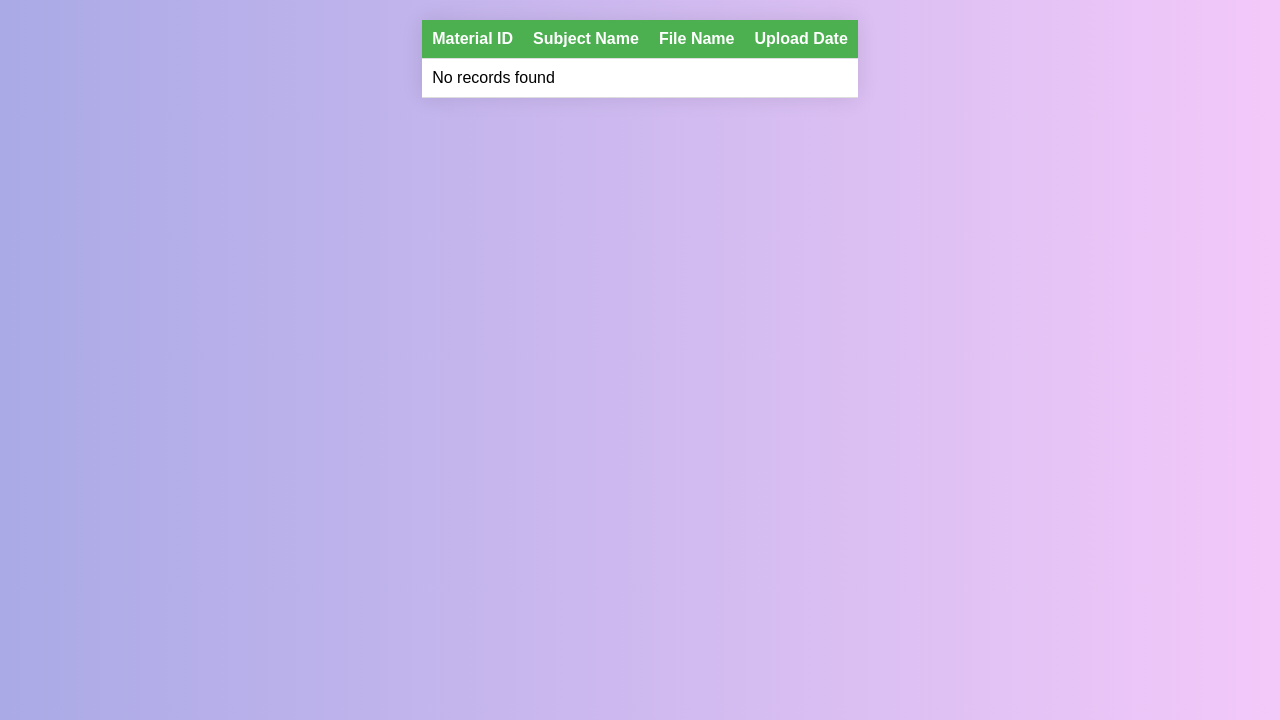
Repository: Acharya-Keerthana/Education
Page: http://localhost/education/third_sem/USP.php
The author's editor kept a copy of each file at every save. The page is drawn from the files as they stood at one save, then again after the next save.
The browser window is 1280 px wide. The pictures show the whole page.
The page is run by PHP 8.4 with error messages shown; the project is at /var/www/html/. Queries for data that is not in the repository find no rows.

Above is the page before, as saved 2024-04-16 20:55:22.

### third_sem/USP.php
<!DOCTYPE html>
<html>
<head>
    <link rel="stylesheet" type="text/css" href="styles.css">
</head>
<body>
    <div class="table-container">
        <table>
            <tr><th>Material ID</th><th>Subject Name</th><th>File Name</th><th>Upload Date</th></tr>
            <?php
            require 'database.php';

            $sql = "SELECT sm.material_id, sm.file_name, sm.file_path, sm.upload_date, s.subject_name
                    FROM study_materials sm
                    JOIN subjects s ON sm.subject_id = s.subject_id WHERE s.subject_id= 5";

            $result = $conn->query($sql);

            if ($result->num_rows > 0) {
                // Fetch each row and populate the table
                while ($row = $result->fetch_assoc()) {
                    echo "<tr><td>" . $row["material_id"] . "</td><td>" . $row["subject_name"] . "</td><td>" . $row["file_name"] . "</td><td>" . $row["upload_date"] . "</td></tr>";
                }
            } else {
                echo "<tr><td colspan='5'>No records found</td></tr>";
            }
            ?>
        </table>
    </div>
</body>
</html>

### third_sem/database.php
<?php
error_reporting(0);
$servername="localhost";
$username="root";
$password="";
$database="education";

$conn=mysqli_connect($servername,$username,$password,$database);
if(!$conn){
die ("connection error".mysqli_connect_error());
}

### third_sem/styles.css

body {
    font-family: Arial, sans-serif;
    margin: 0;
    padding: 0;
    animation: changeBackgroundColor 20s infinite linear; /* Change background color every 20 seconds */
}

@keyframes changeBackgroundColor {
    0% {
        background-color: rgb(170, 170, 230);
    }
    50% {
        background: linear-gradient(to right, rgb(170, 170, 230), rgb(243, 201, 249)); /* Gradient transition */
    }
    100% {
        background-color: rgb(243, 201, 249);
    }
}

h2 {
    text-align: center;
    margin-top: 20px;
    color: #333;
    animation: changeHeadingColor 8s infinite alternate; /* Change heading color every 8 seconds */
}

@keyframes changeHeadingColor {
    0% {
        color: #333;
    }
    50% {
        color: #ff5733; /* Change to a different color */
    }
    100% {
        color: #333;
    }
}

table {
    width: fit-content;
    margin: 20px auto;
    border-collapse: collapse;
    background-color: #fff;
    box-shadow: 0 0 20px rgba(0, 0, 0, 0.1);
}

th, td {
    padding: 10px;
    text-align: left;
    border-bottom: 1px solid #ddd;
}

th {
    background-color: #4CAF50; /* Bright green for better visibility */
    color: white; /* White text color for contrast */
}

tr:hover {
    background-color: #f5f5f5;
}
/**/

After the next save:
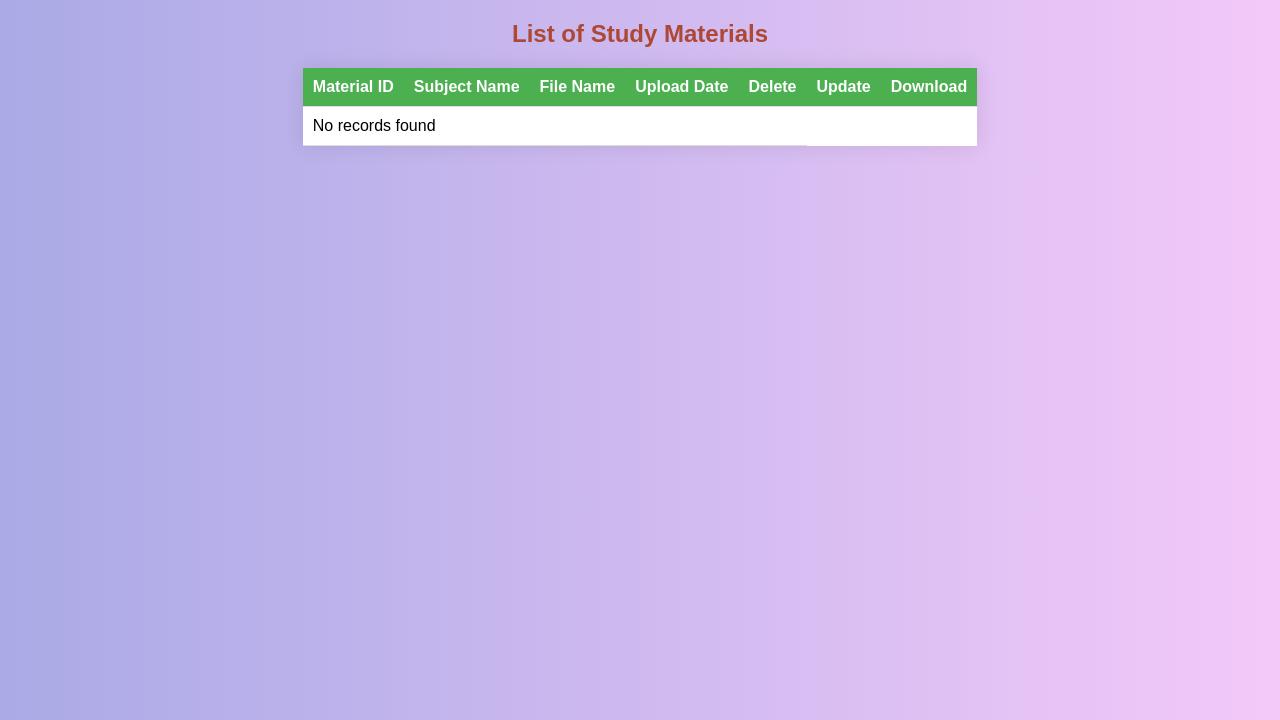
Saved 15 s later.
--- a/third_sem/USP.php
+++ b/third_sem/USP.php
@@ -5,21 +5,40 @@
 </head>
 <body>
     <div class="table-container">
+        <h2>List of Study Materials</h2>
         <table>
-            <tr><th>Material ID</th><th>Subject Name</th><th>File Name</th><th>Upload Date</th></tr>
+            <tr>
+                <th>Material ID</th>
+                <th>Subject Name</th>
+                <th>File Name</th>
+                <th>Upload Date</th>
+                <th>Delete</th>
+                <th>Update</th>
+                <th>Download</th>
+            </tr>
             <?php
             require 'database.php';
 
-            $sql = "SELECT sm.material_id, sm.file_name, sm.file_path, sm.upload_date, s.subject_name
+            $sql = "SELECT sm.material_id, sm.file_name,sm.file_path,sm.upload_date, s.subject_name
                     FROM study_materials sm
-                    JOIN subjects s ON sm.subject_id = s.subject_id WHERE s.subject_id= 5";
+                    JOIN subjects s ON sm.subject_id = s.subject_id WHERE s.subject_id=5";
 
             $result = $conn->query($sql);
 
             if ($result->num_rows > 0) {
                 // Fetch each row and populate the table
                 while ($row = $result->fetch_assoc()) {
-                    echo "<tr><td>" . $row["material_id"] . "</td><td>" . $row["subject_name"] . "</td><td>" . $row["file_name"] . "</td><td>" . $row["upload_date"] . "</td></tr>";
+                    echo "<tr>";
+                    echo "<td>" . $row["material_id"] . "</td>";
+                    echo "<td>" . $row["subject_name"] . "</td>";
+                    echo "<td>" . $row["file_name"] . "</td>";
+                    echo "<td>" . $row["upload_date"] . "</td>";
+                    echo "<td>" . $row["Update"] . "</td>";
+                    echo "<td>" . $row["Download"] . "</td>";
+                    echo "<td><a href='http://localhost/education/delete.php?material_id=" . $row['material_id'] . "' onclick=\"return confirm('Are you sure you want to delete this study material?');\">Delete</a></td>";
+                    echo "<td><a href='http://localhost/education/updateup.php?material_id=" . $row['material_id'] . "' onclick=\"return confirm('Are you sure you want to update this study material?');\">Update</a></td>";
+                    echo "<td><a href='http://localhost/education/download.php?material_id=" . $row['material_id'] . "' onclick=\"return confirm('Are you sure you want to Download this study material?');\">Download</a></td>";
+                    echo "</tr>";
                 }
             } else {
                 echo "<tr><td colspan='5'>No records found</td></tr>";
